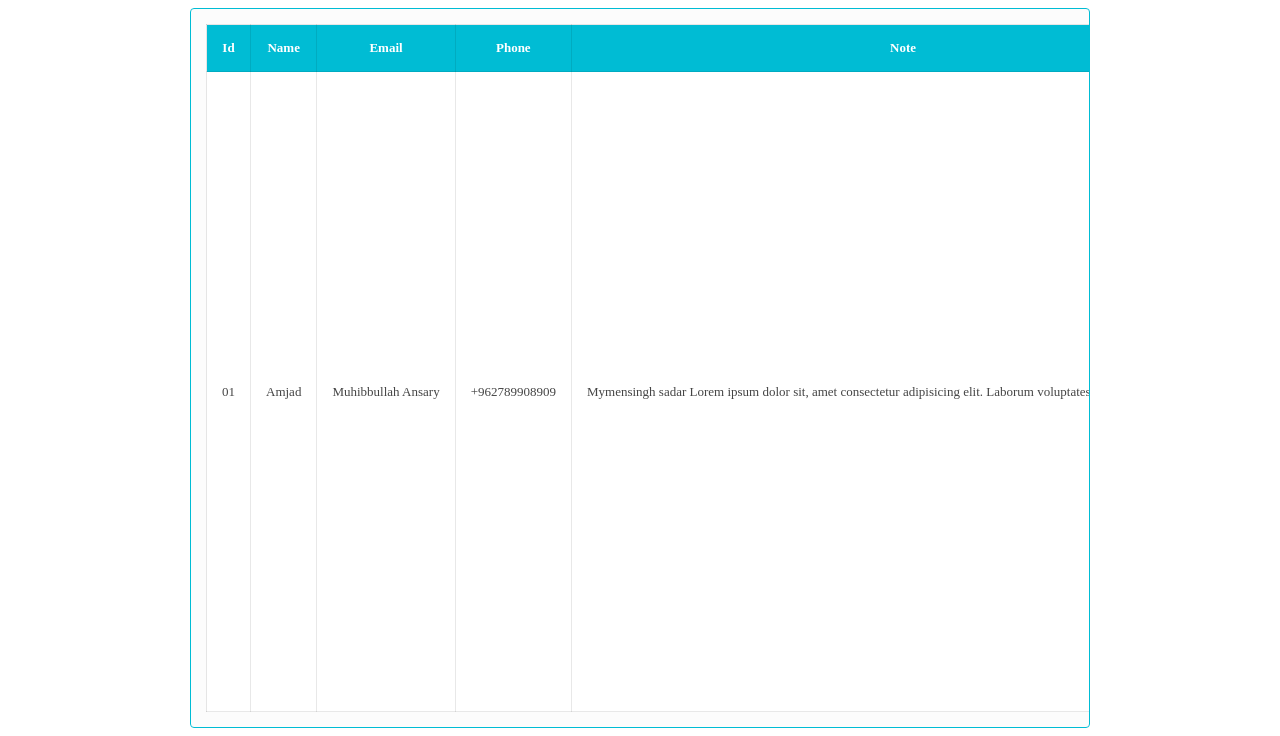
Repository: special4Party/Graduation-project-wedding-hall
Page: include/temp/tttttttttt.html
The author's editor kept a copy of each file at every save. The page is drawn from the files as they stood at one save, then again after the next save.
The browser window is 1280 px wide. The pictures show the whole page.

Above is the page before, as saved 2022-05-01 00:24:10.

### include/temp/tttttttttt.html
<!DOCTYPE html>
<html>
<head>
    <meta charset="UTF-8">
    <title>Quistion Admin Page</title>
    <link rel="stylesheet" href="/layout/css/tttttttt.css">
</head>
<body>
    <div class="table_responsive">
        <table>
          <thead>
            <tr>
              <th>Id</th>
              <th>Name</th>
              <th>Email</th>
              <th>Phone</th>
              <th>Note</th>
              <th>Action</th>
            </tr>
          </thead>
          <tbody>
            <tr>
              <td>01</td>
              <td>Amjad</td>
              <td>Muhibbullah Ansary</td>
              <td>+962789908909</td>
              <td>Mymensingh sadar Lorem ipsum dolor sit, amet consectetur adipisicing elit. Laborum voluptates temporibus praesentium</td>
              <td>
                <span class="action_btn">
                  <a href="#">Edit</a>
                  <a href="#">Remove</a>
                </span>
              </td>
            </tr>

          </tbody>
        </table>
      </div>
    </div>
</body>
</html>

### layout/css/tttttttt.css

* {
    box-sizing: border-box;
}
body>div{
    min-height: 100vh;
    display: flex;
    font-family: cursive;
}
.table_responsive {
    max-width: 900px;
    border: 1px solid #00bcd4;
    background-color: #efefef33;
    padding: 15px;
    overflow: auto;
    margin: auto;
    border-radius: 4px;
}
table {
    width: 100%;
    font-size: 13px;
    color: #444;
    white-space: nowrap;
    border-collapse: collapse;
}
table>thead {
    background-color: #00bcd4;
    color: #fff;
}
table>thead th {
    padding: 15px;
}
table th,
table td {
    border: 1px solid #00000017;
    padding: 10px 15px;
}
/* table>tbody>tr>td>img {
    display: inline-block;
    width: 60px;
    height: 60px;
    object-fit: cover;
    border-radius: 50%;
    border: 4px solid #fff;
    box-shadow: 0 2px 6px #0003;
} */
.action_btn {
    display: flex;
    justify-content: center;
    gap: 10px;
}
.action_btn>a {
    text-decoration: none;
    color: #444;
    background: #fff;
    border: 1px solid;
    display: inline-block;
    padding: 7px 20px;
    font-weight: bold;
    border-radius: 3px;
    transition: 0.3s ease-in-out;
}
.action_btn>a:nth-child(1) {
    border-color: #26a69a;
}
.action_btn>a:nth-child(2) {
    border-color: orange;
}
.action_btn>a:hover {
    box-shadow: 0 3px 8px #0003;
}
table>tbody>tr {
    background-color: #fff;
    transition: 0.3s ease-in-out;
}
table>tbody>tr:nth-child(even) {
    background-color: rgb(238, 238, 238);
}
table>tbody>tr:hover{
    filter: drop-shadow(0px 2px 6px #0002);
}

After the next save:
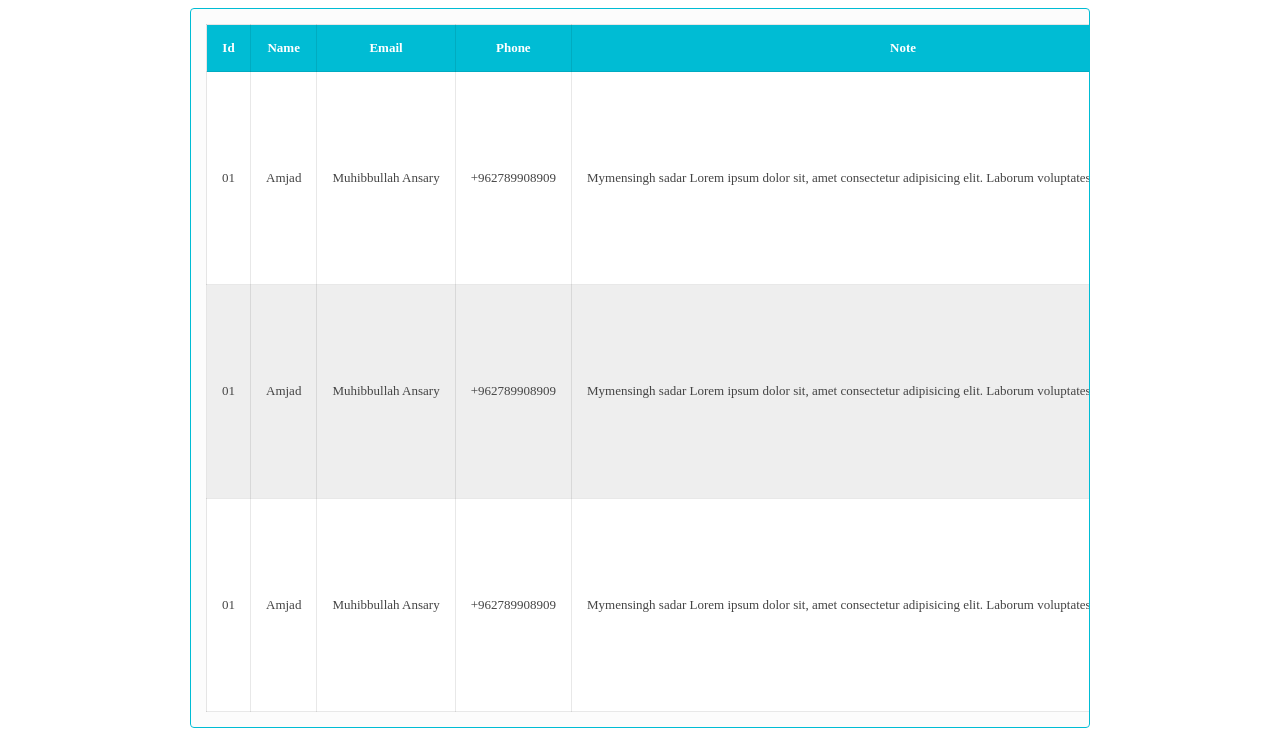
Saved 19 s later.
--- a/include/temp/tttttttttt.html
+++ b/include/temp/tttttttttt.html
@@ -32,7 +32,32 @@
                 </span>
               </td>
             </tr>
-
+            <tr>
+                <td>01</td>
+                <td>Amjad</td>
+                <td>Muhibbullah Ansary</td>
+                <td>+962789908909</td>
+                <td>Mymensingh sadar Lorem ipsum dolor sit, amet consectetur adipisicing elit. Laborum voluptates temporibus praesentium</td>
+                <td>
+                  <span class="action_btn">
+                    <a href="#">Edit</a>
+                    <a href="#">Remove</a>
+                  </span>
+                </td>
+              </tr>
+              <tr>
+                <td>01</td>
+                <td>Amjad</td>
+                <td>Muhibbullah Ansary</td>
+                <td>+962789908909</td>
+                <td>Mymensingh sadar Lorem ipsum dolor sit, amet consectetur adipisicing elit. Laborum voluptates temporibus praesentium</td>
+                <td>
+                  <span class="action_btn">
+                    <a href="#">Edit</a>
+                    <a href="#">Remove</a>
+                  </span>
+                </td>
+              </tr>
           </tbody>
         </table>
       </div>
